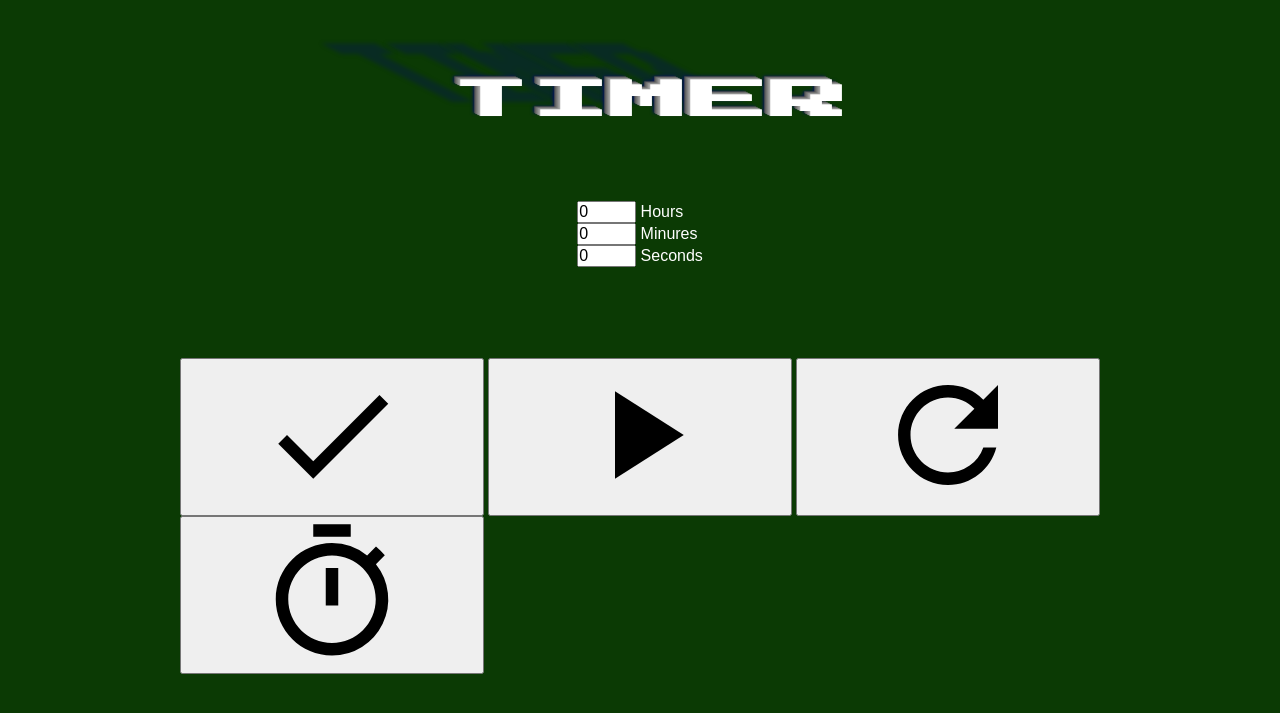
Repository: KrzysKolo/Projekt-12_Timer
Page: index.html
These files come from the project's save history. The page is drawn as it stood at one moment and after the next save; the edit follows.
The browser window is 1280 px wide. The pictures show the whole page.
Some web fonts or font styles are not loaded; a fallback is used.

Above is the page before, as saved 2020-06-24 20:56:50.

### index.html
<!DOCTYPE html>
<html lang="en">
  <head>
    <meta charset="UTF-8" />
    <meta name="viewport" content="width=device-width, initial-scale=1.0" />
    <title>Taimer</title>
    <link
      href="https://fonts.googleapis.com/css2?family=Aldrich&family=Press+Start+2P&display=swap"
      rel="stylesheet"
    />

    <link rel="stylesheet" href="./css/style.css" />
  </head>
  <body>
    <main class="timer">
      <header class="timer__header">
        <h1 class="timer__heading" data-text="TIMER">
          Timer
        </h1>
      </header>
      <article class="timer__clock">
        <!-- input hours-->
        <section class="clock">
          <input
            type="number"
            name="hours"
            id="hours"
            value="0"
            min="0"
            max="99"
            class="clock__input"
            data-timer-input__hours
          />
          <label for="hours" class="clock__label">Hours</label>
        </section>
        <!-- input minutes-->
        <section class="clock">
          <input
            type="number"
            name="minutes"
            id="minutes"
            value="0"
            min="0"
            max="59"
            class="clock__input"
            data-timer-input__minutes
          />
          <label for="minutes" class="clock__label">Minures</label>
        </section>
        <!-- input seconds -->
        <section class="clock">
          <input
            type="number"
            name="seconds"
            id="seconds"
            value="0"
            min="0"
            max="59"
            class="clock__input"
            data-timer-input__seconds
          />
          <label for="seconds" class="clock__label">Seconds</label>
        </section>
      </article>
      <article class="timer__buttons">
        <!-- button 1 -->
        <button class="button">
          <svg class="button__icon">
            <use xlink:href="./assets/icons/sprite.svg#done-24px"></use>
          </svg>
        </button>
        <!-- button 2 -->
        <button class="button">
          <svg class="button__icon">
            <use xlink:href="./assets/icons/sprite.svg#play_arrow-24px"></use>
          </svg>
        </button>
        <!-- button 3 -->
        <button class="button">
          <svg class="button__icon">
            <use xlink:href="./assets/icons/sprite.svg#refresh-24px"></use>
          </svg>
        </button>
        <!-- dźwięk -->
        <section class="timer__audio">
          <audio src="./assets/sounds/alarm.mp3" loop></audio>
          <button class="button">
            <svg class="button__icon button__icon--alarm">
              <use xlink:href="./assets/icons/sprite.svg#timer-24px"></use>
            </svg>
          </button>
        </section>
      </article>
    </main>
  </body>
</html>

### css/style.css
*,
*::before,
*::after {
  padding: 0;
  margin: 0;
  box-sizing: inherit;
  font-size: 16px;
}
body {
  box-sizing: border-box;
  color: #fff;
  font-family: "Aldrich", sans-serif;
}
.timer {
  width: 100vw;
  height: 100vh;
  background-color: #0b3a04;
  display: flex;
  flex-direction: column;
  justify-content: space-around;
  align-items: flex-start;
  align-items: center;
}
.timer__header {
}

.timer__heading {
  font-family: "Press Start 2P", cursive;
  font-size: 4rem;
  text-transform: uppercase;
  position: relative;
  left: -100px;
  color: rgba(0, 0, 0, 0);

  transform: skew(63deg, 0deg);

  text-shadow: 0 0 3px rgba(0, 0, 128, 0.25);
  z-index: 50;
}
.timer__heading::after {
  content: attr(data-text);
  font-size: 5rem;
  position: absolute;
  top: 15px;
  left: 25px;
  color: rgba(255, 255, 255, 1);

  -webkit-transform: skew(-63deg) scale(1, 0.5);
  -moz-transform: skew(-63deg) scale(1, 0.5);
  -o-transform: skew(-63deg) scale(1, 0.5);
  -ms-transform: skew(-63deg) scale(1, 0.5);
  transform: skew(-63deg) scale(1, 0.5);
  text-shadow: -1px -1px 1px #aaa, -2px -2px 1px #999, -3px -3px 1px #888,
    -4px -4px 1px #777, -5px -5px 1px #666, -6px -6px 1px #555,
    -7px -7px 5px rgba(0, 0, 128, 0.75);
  z-index: 100;
}

After the next save:
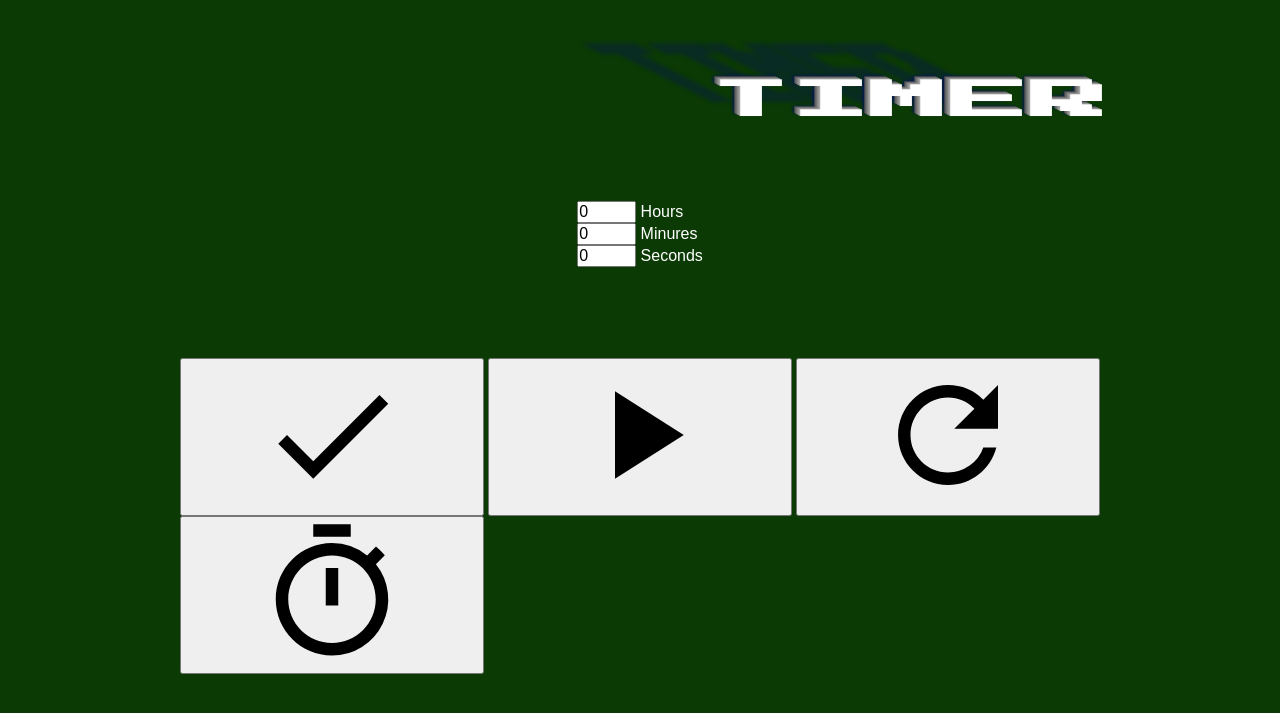
Saved 23 s later.
--- a/css/style.css
+++ b/css/style.css
@@ -29,7 +29,7 @@ body {
   font-size: 4rem;
   text-transform: uppercase;
   position: relative;
-  left: -100px;
+  left: 50%;
   color: rgba(0, 0, 0, 0);
 
   transform: skew(63deg, 0deg);
